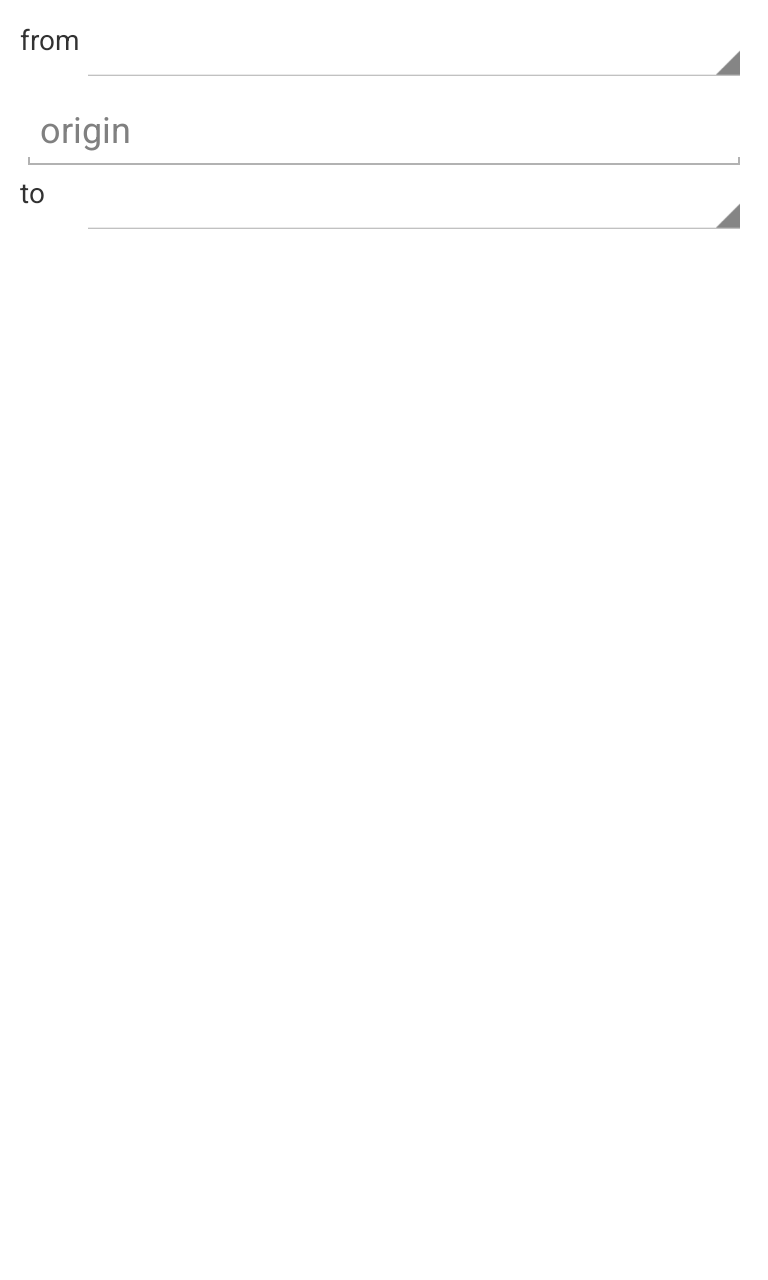
Repository: dogeyes/android_development
Layout: Translate/res/layout/activity_translate.xml
These files come from the project's save history. The layout is drawn as it stood at one moment and after the next save; the edit follows.
It is drawn on a 768 x 1280 px phone screen (xhdpi) without system bars, with theme AppTheme; the app's code is not run.

Above is the layout before, as saved 2013-04-21 10:42:41.

After the next save:
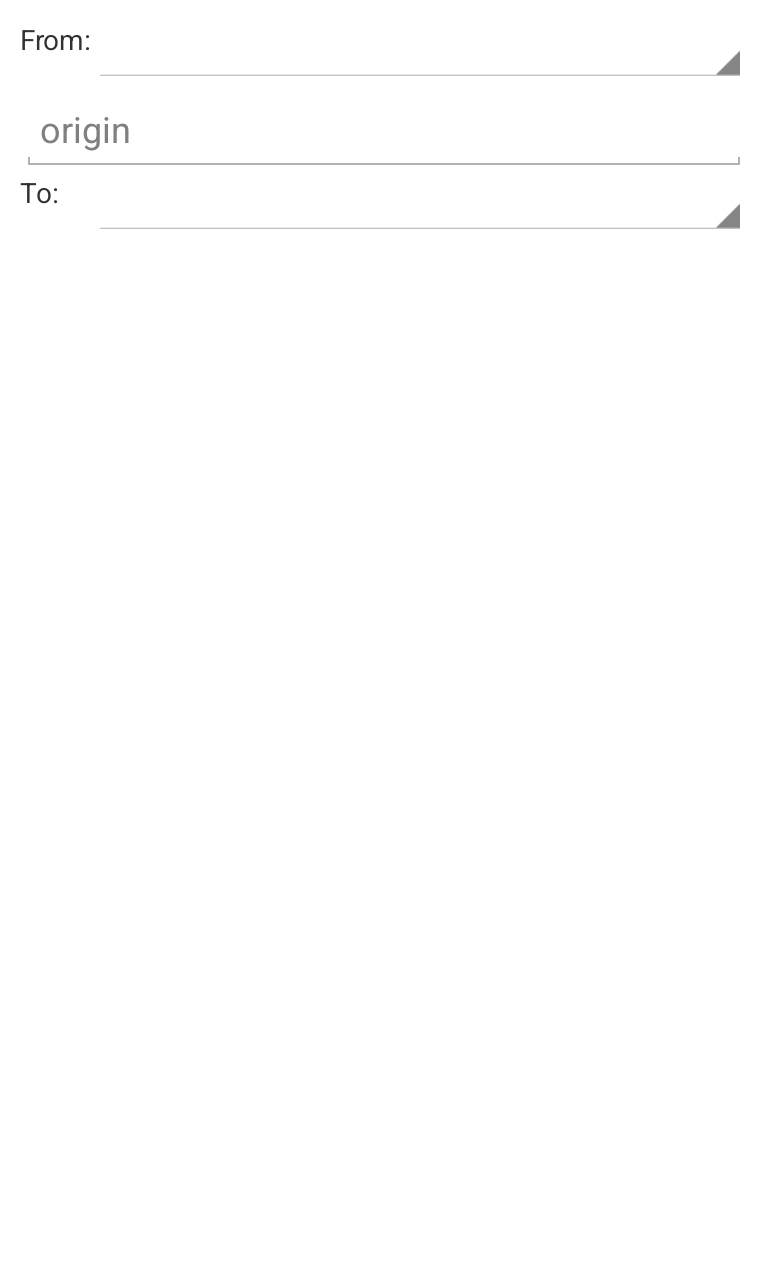
Saved 4 min 5 s later.
--- a/Translate/res/values/strings.xml
+++ b/Translate/res/values/strings.xml
@@ -4,9 +4,9 @@
     <string name="app_name">Translate</string>
     <string name="action_settings">Settings</string>
     <string name="hello_world">Hello world!</string>
-    <string name="from_text">from</string>
-    <string name="to_text">to</string>
-    <string name="back_text">back</string>
+    <string name="from_text">From:</string>
+    <string name="to_text">To:</string>
+    <string name="back_text">And back again:</string>
     <string name="original_hint">origin</string>
     <string name="empty"></string>
     <string name="translating">Translating...</string>
